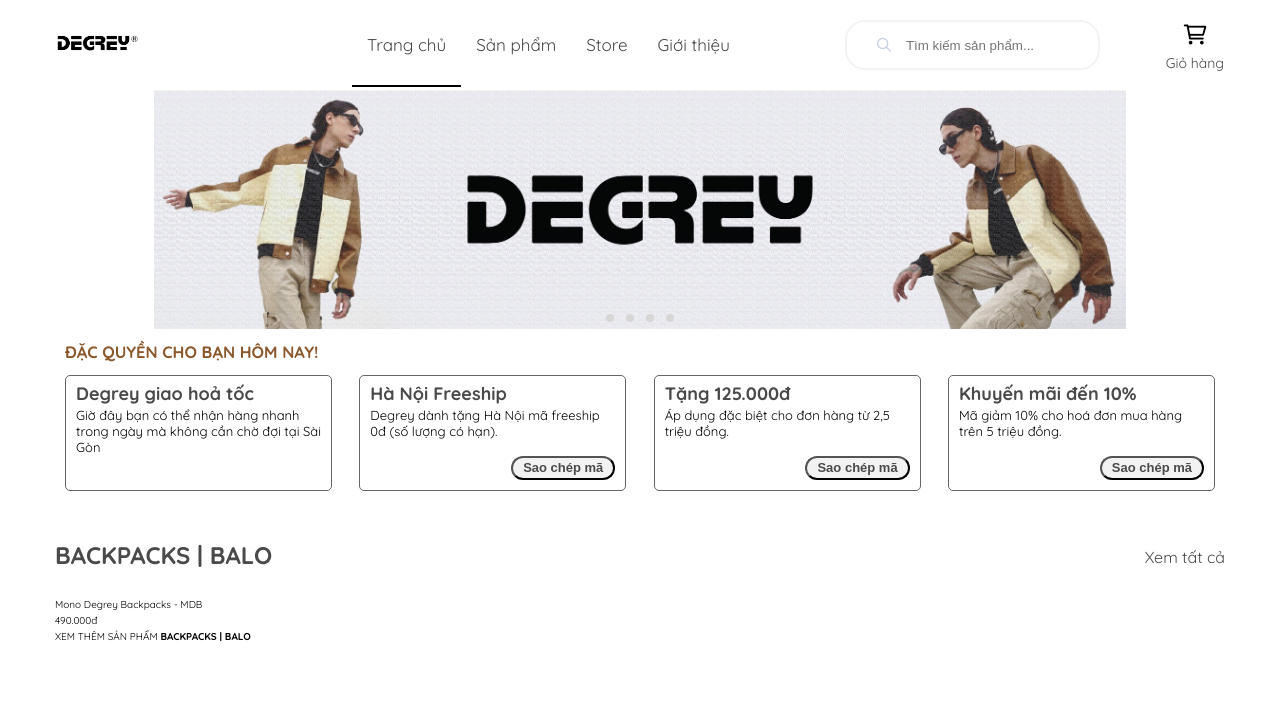
Repository: hieu-dev-1/degrey1
Page: index.html
The author's editor kept a copy of each file at every save. The page is drawn from the files as they stood at one save, then again after the next save.
The browser window is 1280 px wide. The pictures show the whole page.
Pictures or frames that could not be fetched are drawn as grey boxes.

Above is the page before, as saved 2022-08-14 13:31:46.

### index.html
<!DOCTYPE html>
<html lang="en">
<head>
    <meta charset="UTF-8">
    <meta name="viewport" content="width=device-width, initial-scale=1.0">
    <link rel="stylesheet" href="./assets/css/base.css">
    <link rel="stylesheet" href="./assets/css/main.css">
    <link rel="stylesheet" href="./assets/font/css/all.css">
    <link rel="shortcut icon" href="https://file.hstatic.net/1000281824/file/logo1200_30471c131a2948efaf7c9e9466511f73.png">
    <title>DEGREY</title>
</head>
<body>
    <div class="wrapper">
        <!-- HEADER -->
        <div class="header">
            <!-- Logo -->
            <div class="header__container">
                <div class="header__container-logo">
                    <a href="">
                        <img class="header__container-logo--img" src="./assets/img/header__logo.png" alt="" >
                    </a>
                </div>
                <div class="header__container-nav">
                    <ul class="header__navbar-list">
                        <li class="header__navbar-item"><a class="header__navbar-link header__navbar-link--active" href="">Trang chủ</a></li>
                        <li class="header__navbar-item"><a class="header__navbar-link" href="">Sản phẩm</a></li>
                        <li class="header__navbar-item"><a class="header__navbar-link" href="">Store</a></li>
                        <li class="header__navbar-item"><a class="header__navbar-link" href="">Giới thiệu</a></li>
                    </ul>
                </div>
                <div class="header__navbar-search">
                    <button class="header__navbar-input-btn">
                        <i class="fa-regular fa-magnifying-glass"></i>
                    </button>
                    <input class="header__navbar-input" type="text" placeholder="Tìm kiếm sản phẩm...">
                </div>
                <div class="header__navbar-cart">
                    <i class="header__navbar-cart-icon fa-regular fa-cart-shopping"></i>
                    <span class="header__navbar-cart-desc">Giỏ hàng</span>
                </div>
            </div>
        </div>
        <!-- SLIDER -->
        <div class="slider">
            <div class="slider__imgs">
                <input type="radio" name="inputslider" id="img1">
                <input type="radio" name="inputslider" id="img2">
                <input type="radio" name="inputslider" id="img3">
                <input type="radio" name="inputslider" id="img4">

                <img class="imgslider1" src="./assets/img/img__introduce1.jpg" alt="">
                <img class="imgslider2" src="./assets/img/img__introduce2.jpg" alt="">
                <img class="imgslider3" src="./assets/img/img__introduce3.jpg" alt="">
                <img class="imgslider4" src="./assets/img/img__introduce4.jpg" alt="">
            </div>
            <div for="" class="labelslider">
                <label for="img1"></label>
                <label for="img2"></label>
                <label for="img3"></label>
                <label for="img4"></label>
            </div>
        </div>
        <!-- VOURCHER -->
        <div class="web__container-vourcher">
            <div class="web__container-voucher-heading">
                <h2>
                    ĐẶC QUYỀN CHO BẠN HÔM NAY!
                </h2>
            </div>
            <div class="grid wide">
                <div class="web__container-vourcher-list row">
                    <div class="web__container-vourcher-item col l-3 m-6 c-12">
                        <div class="web__container-vourcher-inner">
                            <div class="web__container-vourcher-item-heading">
                                Degrey giao hoả tốc
                            </div>
                            <div class="web__container-vourcher-item-desc">
                                Giờ đây bạn có thể nhận hàng nhanh trong ngày mà không cần chờ đợi tại Sài Gòn
                            </div>
                        </div>
                    </div>

                    <div class="web__container-vourcher-item col l-3 m-6 c-12">
                        <div class="web__container-vourcher-inner">
                            <div class="web__container-vourcher-item-heading">
                                Hà Nội Freeship
                            </div>
                            <div class="web__container-vourcher-item-desc">
                                Degrey dành tặng Hà Nội mã freeship 0đ (số lượng có hạn).
                            </div>
                            <div class="web__container-vourcher-item-copy">
                                <button class="web__container-copy-btn">
                                    Sao chép mã
                                </button>
                            </div>
                        </div>
                    </div>

                    <div class="web__container-vourcher-item col l-3 m-6 c-12">
                        <div class="web__container-vourcher-inner">
                            <div class="web__container-vourcher-item-heading">
                                Tặng 125.000đ
                            </div>
                            <div class="web__container-vourcher-item-desc">
                                Áp dụng đặc biệt cho đơn hàng từ 2,5 triệu đồng.
                            </div>
                            <div class="web__container-vourcher-item-copy">
                                <button class="web__container-copy-btn">
                                    Sao chép mã
                                </button>
                            </div>
                        </div>
                    </div>

                    <div class="web__container-vourcher-item col l-3 m-6 c-12">
                        <div class="web__container-vourcher-inner">
                            <div class="web__container-vourcher-item-heading">
                                Khuyến mãi đến 10%
                            </div>
                            <div class="web__container-vourcher-item-desc">
                                Mã giảm 10% cho hoá đơn mua hàng trên 5 triệu đồng.
                            </div>
                            <div class="web__container-vourcher-item-copy">
                                <button class="web__container-copy-btn">
                                    Sao chép mã
                                </button>
                            </div>
                        </div>
                    </div>
                </div>
            </div>
        </div>
        <!-- CONTENT -->
        <div class="item__section">
            <div class="item__section-title">
                <h2 class="item__section-heading">
                    <a href="">
                        BACKPACKS | BALO
                    </a>
                </h2>
                <a href="" class="item__section-heading-all">
                    Xem tất cả
                </a>
            </div>

            <div class="item__section-content">
                <div class="item__section-content-list">
                    <div class="item__section-content-item">
                        <div class="item__section-item-inner">
                            <div class="item__section-item-img">
                                <img src="./assets/img/shirt1-front" alt="" class="item__section-item-img_front">
                                <!-- <img src="./assets/img/shirt1-back" alt="" class="item__section-item-img_back"> -->
                            </div>

                            <div class="item__section-item-desc">
                                <div class="item__section-item-heading">
                                    Mono Degrey Backpacks - MDB
                                </div>
                                <div class="item__section-item-price">
                                    490.000đ
                                </div>
                            </div>
                        </div>
                    </div>
                </div>
            </div>
            <div class="item__section-btn">
                <div class="item__section-text-btn">
                    XEM THÊM SẢN PHẨM
                    <b>BACKPACKS | BALO</b>
                </div>
            </div>
        </div>
        <!-- FOOTER -->
        <div class="footer">

        </div>
    </div>
</body>
</html>

### assets/css/base.css
@import url('https://fonts.googleapis.com/css2?family=Quicksand:wght@300;400;500;600;700&display=swap');

* {
    padding: 0;
    margin: 0;
    box-sizing: border-box;
}

html {
    /* HACK */
    font-size: 62.5%;
    line-height: 1.6rem;
    font-family: 'Quicksand', sans-serif;
    box-sizing: border-box;
}

:root {
    --white-color : #fff;
    --black-color : #000;
    --text-color : #4a4a4a;
    --border-color : #dbdbdb;
}

### assets/css/main.css
/* header */
.header {
    background-color: #ffffff;
    font-size: 1.4rem;
    line-height: 20px;
    display: flex;
    justify-content: center;
}

.header__container {
    width: 1170px;
    height: 90px;
    font-size: 1.4rem;
    line-height: 20px;
    margin: 0 -15px;
    display: flex;
    justify-content: space-between;
}
/* logo */
.header__container-logo {
    padding: 0 15px;
    margin-left: -15px;
}

.header__container-logo--img {
    width: 85px;
    height: 70px;
    margin-top: 8px;
}
/* Navbar */
.header__container-nav {
    font-size: 1.4rem;
    align-items: center;
    display: flex;
    justify-content: center;
    line-height: 20px;
    padding: 0 15px;
    margin-right: -10%;
}

.header__navbar-list {
    display: flex;
    align-items: center;
    justify-content: center;
}

.header__navbar-item {
    list-style: none;
    display: inline-block;
}

.header__navbar-link {
    color: var(--text-color);
    font-size: 1.7rem;
    text-decoration: none;
    padding: 30px 15px;
}

.header__navbar-link--active {
    border-bottom: 2px solid #000;
}
/* Search */
.header__navbar-search {
    border: 2px solid #f3f3f3;
    border-radius: 20px;
    margin: 20px;
    padding: 0 15px;
    display: flex;
    margin-right: -10%;
}

.header__navbar-input-btn {
    font-size: 1.4rem;
    line-height: 20px;
    text-align: center;
    border-radius: 0 4px 4px 0;
    border: none;
    color: #c8d1e2;
    background-color: #fff;
    padding: 0 15px;
}

.header__navbar-input {
    border: none;
    outline: none;
    color: var(--text-color);
}
/* Cart */
.header__navbar-cart {
    width: 60px;
    height: 90px;
    display: flex;
    flex-wrap: wrap;
    cursor: pointer;
    justify-content: center;
}

.header__navbar-cart-icon {
    font-size: 2rem;
    margin-top: 25px;
}

.header__navbar-cart-desc {
    font-size: 1.4rem;
    margin-top: -10px;
    color: var(--text-color);
    font-weight: 400;
}

/* Slider */
.slider {
    width: 76%;
    margin: 0 auto;
    overflow: hidden;
}

.slider__imgs {
    display: flex;
}

.slider__imgs img {
    width: 100%;
}

.slider__imgs input {
    display: none;
}

.labelslider {
    display: flex;
    justify-content: center;
}

.labelslider label {
    width: 8px;
    height: 8px;
    border-radius: 50%;
    margin: 6px;
    margin-top: -15px;
    background-color: #d6d6d6;
}

.labelslider label:hover {
    background-color: #4a4a4a;
}

#img1:checked ~ .imgslider1 {
    margin-left: -100%;
}

#img2:checked ~ .imgslider2 {
    margin-left: -200%;
}

#img3:checked ~ .imgslider3 {
    margin-left: -300%;
}

#img4:checked ~ .imgslider4 {
    margin-left: -400%;
}

/* vourcher */
.web__container-vourcher {
    width: 1170px;
    height: 163px;
    display: block;
    margin: 0 auto;
}

.web__container-voucher-heading {
    color: #8b582b;
    font-size: 1.1rem;
    margin: 15px 0;
    margin-left: 10px;
}

.web__container-vourcher-list {
    display: flex;
    justify-content: space-between;
}

.web__container-vourcher-inner {
    position: relative;
    padding: 10px;
    border: 1px solid #666;
    border-radius: 5px;
    margin: 0 10px;
    width: 267px;
    height: 116px;
}

.web__container-vourcher-item-heading {
    color: var(--text-color);
    font-size: 1.8rem;
    font-weight: 700;
}

.web__container-vourcher-item-desc {
    margin-top: 5px;
    color: #000;
    font-size: 1.3rem;
}

.web__container-vourcher-item-copy {
    position: absolute;
    bottom: 0;
    right: 0;
    margin: 0 10px 10px 0;
}

.web__container-copy-btn {
    background: rgba(0, 0, 0, 0.05);
    color: #4a4a4a;
    border: 1px solid 0, 0.08;
    font-size: 1.3rem;
    font-weight: 600;
    margin-top: 5px;
    padding: 2px 10px 3px;
    border-radius: 15px;
    min-width: 100px;
    outline: none;
}

/* Content */
.item__section {
    width: 1170px;
    margin: 0 auto;
}

.item__section-title {
    margin-bottom: 30px;
    margin-top: 40px;
    display: flex;
    align-items: center;
    justify-content: space-between;
}

.item__section-heading a,
.item__section-heading-all {
    text-decoration: none;
}

.item__section-heading a {
    font-size: 2.4rem;
    color: var(--text-color);
}

.item__section-heading-all {
    color: var(--text-color);
    font-size: 1.6rem;
}

.item__section-content {
    width: 1170px;
    margin: 0 auto;
}

.item__section-content-list {
    display: flex;
    flex-wrap: wrap;
}

.item__section-content-item {
    max-width: 20%;
}

.item__section-item-inner {

}

.item__section-item-img {
    position:relative;
}

.item__section-item-img_front,.item__section-item-img_back{
    position:absolute;
    width: 100%;
    height: 100%;
}

.item__section-item-img_back{
    display:none;

}
.item__section-item:hover .item__section-item-img_back{
    display:block;
}

Loaded but not shown: assets/font/css/all.css (library)

After the next save:
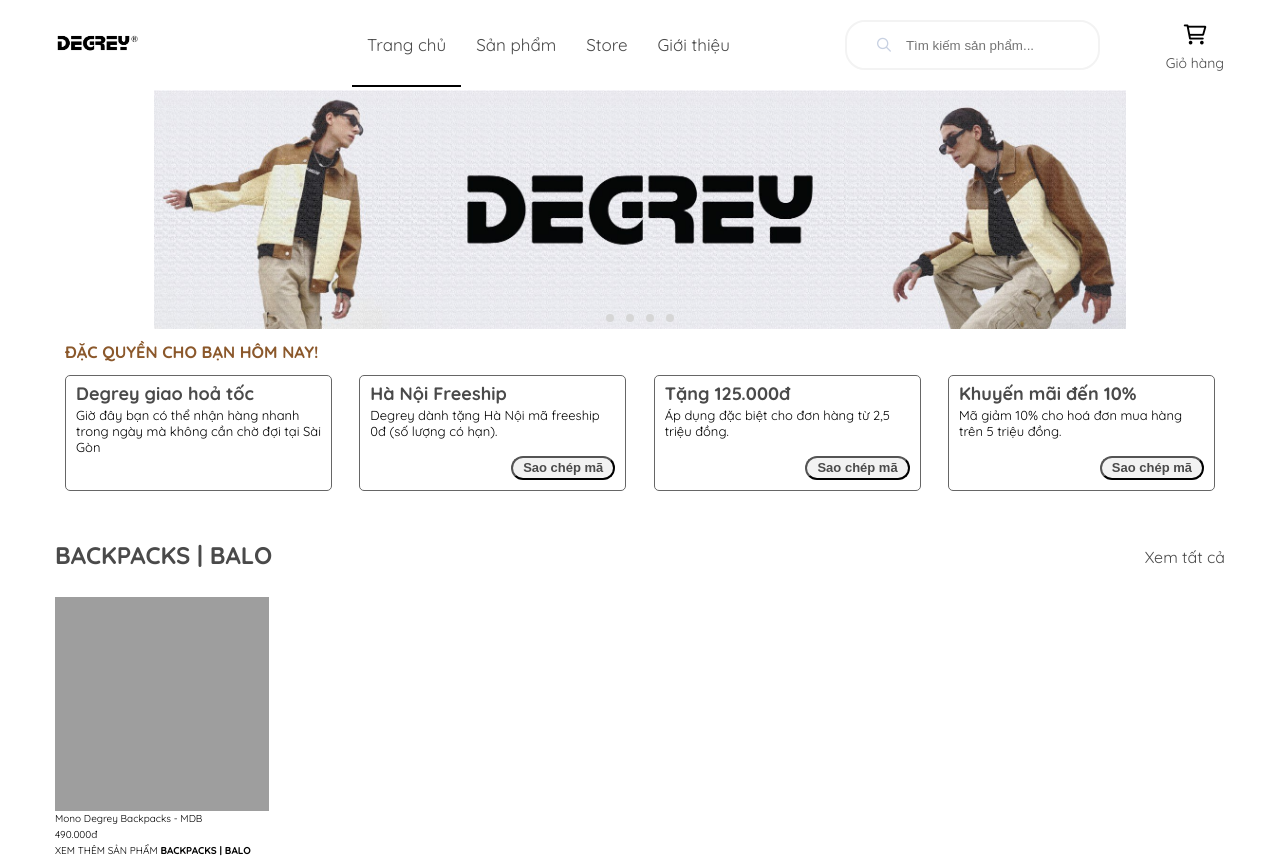
Saved 39 s later.
--- a/assets/css/main.css
+++ b/assets/css/main.css
@@ -271,6 +271,8 @@
 
 .item__section-item-img {
     position:relative;
+    height: 214px;
+    width: 214px;
 }
 
 .item__section-item-img_front,.item__section-item-img_back{
@@ -286,3 +288,7 @@
 .item__section-item:hover .item__section-item-img_back{
     display:block;
 }
+
+.item__section-item-img:hover .item__section-item-img_front{
+    display:none;
+}
